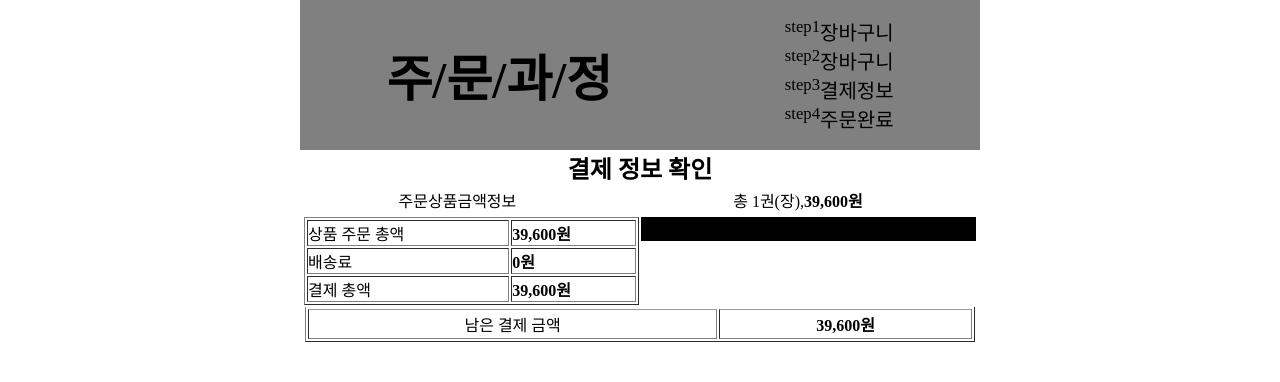
Repository: kym-1000/book
Page: http://localhost/book/WEB-INF/views/cart/pay.jsp
These files come from the project's save history. The page is drawn as it stood at one moment and after the next save; the edit follows.
The browser window is 1280 px wide. The pictures show the whole page.
The page is served by Tomcat 9. Nobody is signed in. Other server files are loaded and not shown. The template is opened directly, without the code that normally fills it, so the values that code supplies are empty.

Above is the page before, as saved 2023-01-02 07:45:41.

### book/book/src/main/webapp/WEB-INF/views/cart/pay.jsp
<%@ page language="java" contentType="text/html; charset=UTF-8"
    pageEncoding="UTF-8"%>
<!DOCTYPE html>
<html>
<head>
<meta charset="UTF-8">
<title>Insert title here</title>

<style type="text/css">
	*{
		margin: auto;
		padding: 0;
		}

	#pay{
		text-align: center;
		display : flex;
		align-items : center;

	}


</style>
</head>
<body>

	<jsp:include page="../cart/cartheader.jsp"></jsp:include>




	<h2 style="text-align: center;"> 결제 정보 확인</h2>

	<div id="pay">

	<form action="" method="post">

            <table width="670" border="0" cellpadding="2" cellspacing="1" class="step2_paytable1" style=" border-bottom:0px;">
              <tbody><tr>
                <td height="28" >주문상품금액정보</td>
                <td height="28">&nbsp;&nbsp; 총 <span ><span>1</span></span>권(장),<strong><span >39,600</span></font>원</strong></td>
              </tr>
            </tbody></table>
            <table >
              <tbody><tr>
                <td width="335" height="28" align="left" valign="top" class="td3">
                <table width="335" border="1">
                  <tbody>
                    <tr>
                      <td class="td1">상품 주문 총액  </td>
                      <td class="td2"><strong><span id="SubPay_Set_lblItemPrice">39,600</span></font>원</strong></td>
                    </tr>
                    <tr>
                      <td class="td1">배송료</td>
                      <td class="td2"><strong><span >0</span></font>원</strong></td>
                    </tr>
                    <tr>
                      <td class="td1">결제 총액</td>
                      <td class="td2"><strong>39,600</font>원</strong></td>
                    </tr>

                  </tbody>
                </table>
                </td>
                <td width="335" height="28" align="left" valign="top" class="td4">

                <span id="curExchangeCashMoney" style="display:none;">0</span><span id="curEBookCashMoney" style="display:none;">0</span><span id="curSaveMoneyBranchEBook" style="display:none;">0</span><span id="curSaveMoneyBranchForeign" style="display:none;">0</span><span id="curSaveMoneyBranchUsed" style="display:none;">0</span>
                <table width="335" border="0" cellpadding="0" cellspacing="0" bgcolor="0" class="step2_paytable3">

                  <tbody>
                    <tr>
                      <td class="td1">회원할인금액</td>
                      <td class="td2"><span>0</span>원</td>
                    </tr>

                     <tr style="display:none;">
                      <td class="td1">할인 총액 </td>
                      <td class="td2"><span >0</span>원</td>
                    </tr>

                  </tbody>
                </table>
                </td>
                </tr>
            </tbody></table>
            <table width="670" border="1"  style=" border-top:0px;">
              <tbody><tr>
                <td height="28" class="td5 popup">남은 결제 금액</td>
                <td height="28" class="td6"><strong><span >39,600</span></font>원</strong></td>
              </tr>
            </tbody></table>

		</form>

		</div>



</body>
</html>

### book/book/src/main/webapp/WEB-INF/views/cart/cartheader.jsp
<%@ page language="java" contentType="text/html; charset=UTF-8"
    pageEncoding="UTF-8"%>
<%@ taglib uri="http://java.sun.com/jsp/jstl/core" prefix="c" %>
<!DOCTYPE html>
<html>
<head>
<meta charset="UTF-8">
<title>Insert title here</title>
<style type="text/css">

	#pagetop{
		margin-left: 300px;
		margin-right: 300px;
	    background-color: grey;
	    font-size: 20px;
		height: 150px;
		display : flex;
	  	/* justify-content : center; */
	  	align-items : center;
	}

</style>
</head>
<body>


	<div id="pagetop">
		<h2 style="text-align: left; font-size: 50px">
			주/문/과/정
		</h2>
		<div style="text-align: right;">

		<c:choose >
		<c:when test="${msg eq 1}">
		<div style="color: red">
		<sup>step1</sup>장바구니
		</div>
		</c:when>
		<c:otherwise>
		<div>
		<sup>step1</sup>장바구니
		</div>
		</c:otherwise>
		</c:choose>

		<c:choose>
		<c:when test="${msg eq 2}">
		<div style="color: red">
		<sup>step2</sup>배송정보
		</div>
		</c:when>
		<c:otherwise>
		<div>
		<sup>step2</sup>장바구니
		</div>
		</c:otherwise>
		</c:choose>

		<c:choose>
		<c:when test="${msg eq 3}">
		<div style="color: red">
		<sup>step3</sup>결제정보
		</div>
		</c:when>
		<c:otherwise>
		<div>
		<sup>step3</sup>결제정보
		</div>
		</c:otherwise>
		</c:choose>

		<c:choose>
		<c:when test="${msg eq 4}">
		<div style="color: red">
		<sup>step4</sup>주문완료
		</div>
		</c:when>
		<c:otherwise>
		<div>
		<sup>step4</sup>주문완료
		</div>
		</c:otherwise>
		</c:choose>

		</div>
	</div>

</body>
</html>

After the next save:
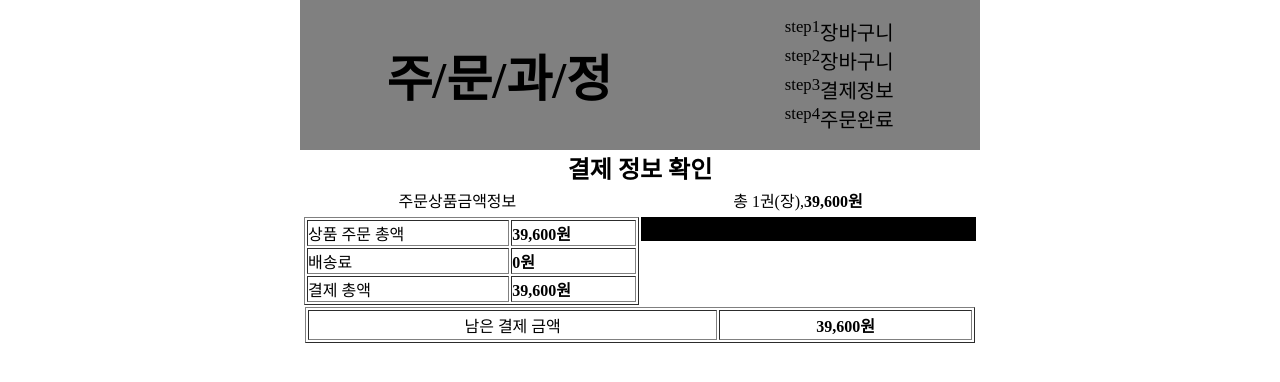
Saved 4 s later.
--- a/book/book/src/main/webapp/WEB-INF/views/cart/pay.jsp
+++ b/book/book/src/main/webapp/WEB-INF/views/cart/pay.jsp
@@ -83,7 +83,7 @@
                 </td>
                 </tr>
             </tbody></table>
-            <table width="670" border="1"  style=" border-top:0px;">
+            <table width="670" border="1">
               <tbody><tr>
                 <td height="28" class="td5 popup">남은 결제 금액</td>
                 <td height="28" class="td6"><strong><span >39,600</span></font>원</strong></td>
